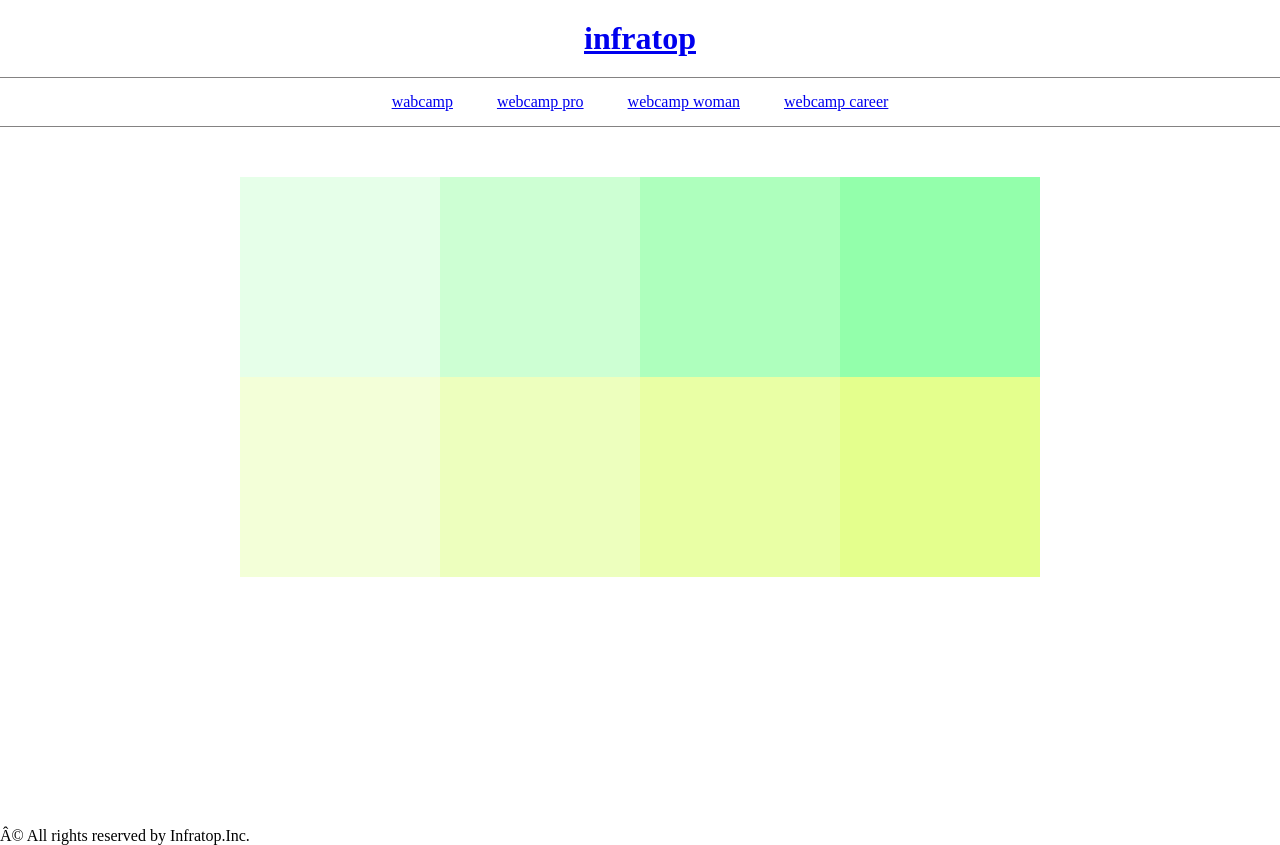
Repository: dsjanainoyo/html
Page: capter5.exercise/capter5.exercise.html
The author's editor kept a record of every edit. The page is drawn from the files as they stood at one moment, then again after the next edit.
The browser window is 1280 px wide. The pictures show the whole page.

Above is the page before.

### capter5.exercise/capter5.exercise.html
<!DOCTYPE html>
<html lang="ja">
  <head>
    <meta charset="UTF=8">
    <link rel="stylesheet" href="capter5.exercise.css">
    <title>CAPTER5</title>
  </head>

  <body>
    <header>
      <h1>
        <a href="capter5.exercise.html">
          infratop
        </a>
      </h1>
      </header>
    <nav>
      <ul class="nav-list">
        <li class="nav-list-item">
          <a href="capter5.exercise.htm">
          wabcamp
          </a>
        </li>
         <li class="nav-list-item">
         <a href="capter5.exercise.htm">
          webcamp pro
          </a>
        </li>
         <li class="nav-list-item">
          <a href="capter5.exercise.htm">
          webcamp woman
          </a>
          </li>
         <li class="nav-list-item">
          <a href="capter5.exercise.htm">
          webcamp career
          </a>
        </li>
     </ul>
    </nav>


    <main>
      <div class="box1"></div>
      <div class="box2"></div>
      <div class="box3"></div>
      <div class="box4"></div>
      <div class="box5"></div>
      <div class="box6"></div>
      <div class="box7"></div>
      <div class="box8"></div>
      <div class="box9"></div>
      <div class="box10"></div>
      <div class="box11"></div>
      <div class="box12"></div>
    </main>

    <footer>
      <div="footer-text">
        © All rights reserved by Infratop.Inc.
      </div>
    </footer>
  </body>

### capter5.exercise/capter5.exercise.css
*{
  margin:0;
  padding:0;
  box-sizing:border-box;
}

header{
  width:100%;
  margin:20px 0;
  text-align:center;
}

.nav-list{
  margin:0 auto;
  padding:15px 0;
  text-align:center;
  border-top:1px solid #848282;
  border-bottom:1px solid #848282;
}

.nav-list-item{
  list-style:none;
  margin:0 20px;
  display:inline-block;

}

main{
  width:800px;
  margin:50px auto;
  display:flex;
  flex-wrap:wrap;
}

.box1{
  width:200px;
  height:200px;
  background-color:#e6ffe9;
}

.box2{
  width:200px;
  height:200px;
  background-color:#cdffd3;
}

.box3{
  width:200px;
  height:200px;
  background-color:#aeffbd;
}

.box4{
  width:200px;
  height:200px;
  background-color:#93ffab;
}

.box5{
  width:200px;
  height:200px;
  background-color:#f3ffd8;
}

.box6{
  width:200px;
  height:200px;
  background-color:#edffbe;
}

.box7{
  width:200px;
  height:200px;
  background-color:#e9ffa5;
}

.box8{
  width:200px;
  height:200px;
  background-color:#e4ff8d;
}

.box9{
  width:200px;
  height:200px;
  background-color:;
}

.box1{
  width:200px;
  height:200px;
  background-color:;
}

.box1{
  width:200px;
  height:200px;
  background-color:;
}

.box1{
  width:200px;
  height:200px;
  background-color:;
}

After the next edit:
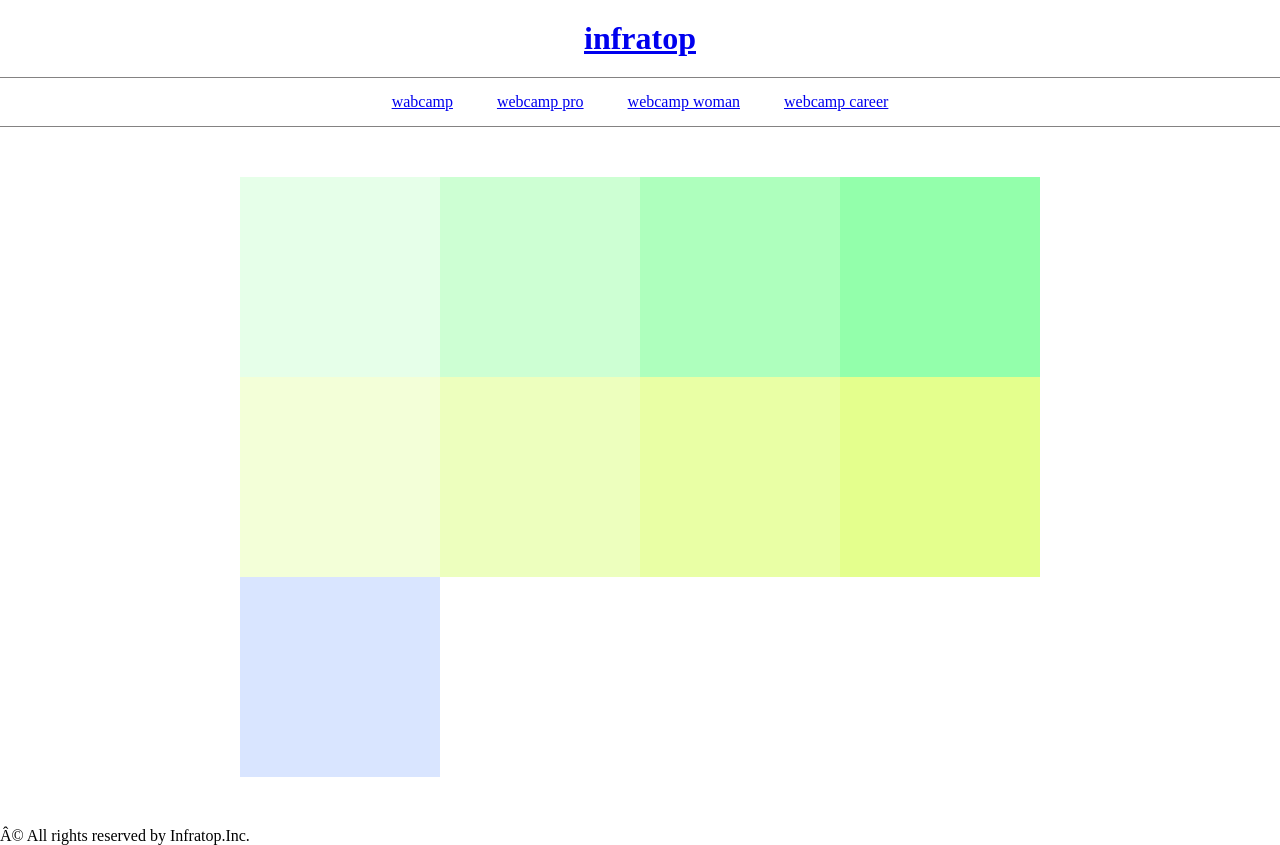
The edit:
--- a/capter5.exercise/capter5.exercise.css
+++ b/capter5.exercise/capter5.exercise.css
@@ -83,7 +83,7 @@
 .box9{
   width:200px;
   height:200px;
-  background-color:;
+  background-color:#d9e5ff;
 }
 
 .box1{
